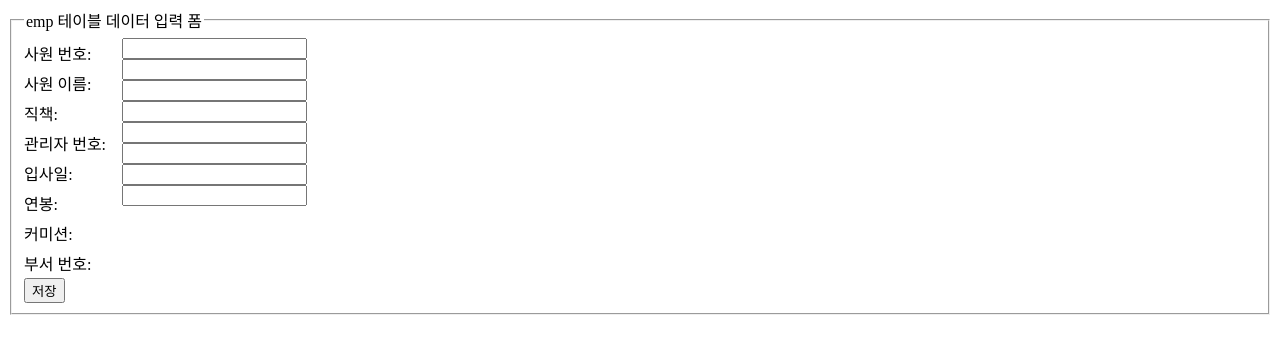
Repository: saysang22/servlet
Page: jdbcServlet1/src/main/webapp/deptInsert.html
The author's editor kept a copy of each file at every save. The page is drawn from the files as they stood at one save, then again after the next save.
The browser window is 1280 px wide. The pictures show the whole page.

Above is the page before, as saved 2024-06-03 01:19:38.

### jdbcServlet1/src/main/webapp/deptInsert.html
<!DOCTYPE html>
<html>
<head>
<meta charset="UTF-8">
<title>Insert title here</title>
<style>
	ul {
		list-style: none;
		padding: 0;
		margin: 0;
	}

	.wrap {
		display: flex;
	}

	.rightMargin {
		margin: 0 1rem 0 0rem;
	}

	.rightMargin li {
		padding: 3px 0;
	}
</style>
</head>
<body>
	<form method="post" action="empInsert" name="insert">
		<fieldset>
			<legend>emp 테이블 데이터 입력 폼</legend>
		<div class="wrap">
			<ul class="rightMargin">
				<li><label for="empno">사원 번호:</label></li>
				<li><label for="ename">사원 이름:</label></li>
				<li><label for="job">직책:</label></li>
				<li><label for="mgr">관리자 번호:</label></li>
				<li><label for="hiredate">입사일:</label></li>
				<li><label for="sal">연봉: </label></li>
				<li><label for="comm">커미션:</label></li>
				<li><label for="deptno">부서 번호:</label></li>
			</ul>
			<ul>
				<li><input type="text" name="empno" id="empno"></li>
				<li><input type="text" name="ename" id="ename"></li>
				<li><input type="text" name="job" id="job"></li>
				<li><input type="text" name="mgr" id="mgr"></li>
				<li><input type="text" name="hiredate" id="hiredate"></li>
				<li><input type="text" name="sal" id="sal"></li>
				<li><input type="text" name="comm" id="comm"></li>
				<li><input type="text" name="deptno" id="deptno"></li>
			</ul>
		</div>
		<input type="submit" value="저장">
		</fieldset>
	</form>
</body>
</html>

After the next save:
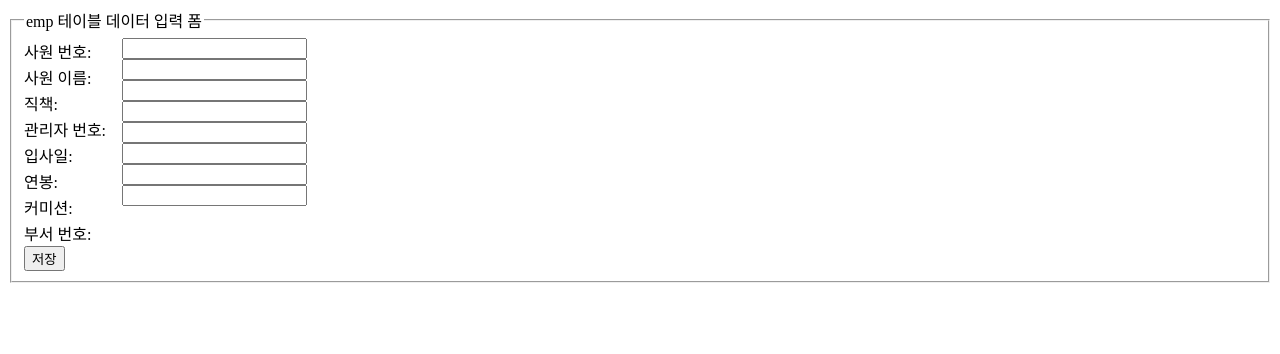
Saved 16 s later.
--- a/jdbcServlet1/src/main/webapp/deptInsert.html
+++ b/jdbcServlet1/src/main/webapp/deptInsert.html
@@ -19,7 +19,7 @@
 	}
 
 	.rightMargin li {
-		padding: 3px 0;
+		padding: 1px 0;
 	}
 </style>
 </head>
